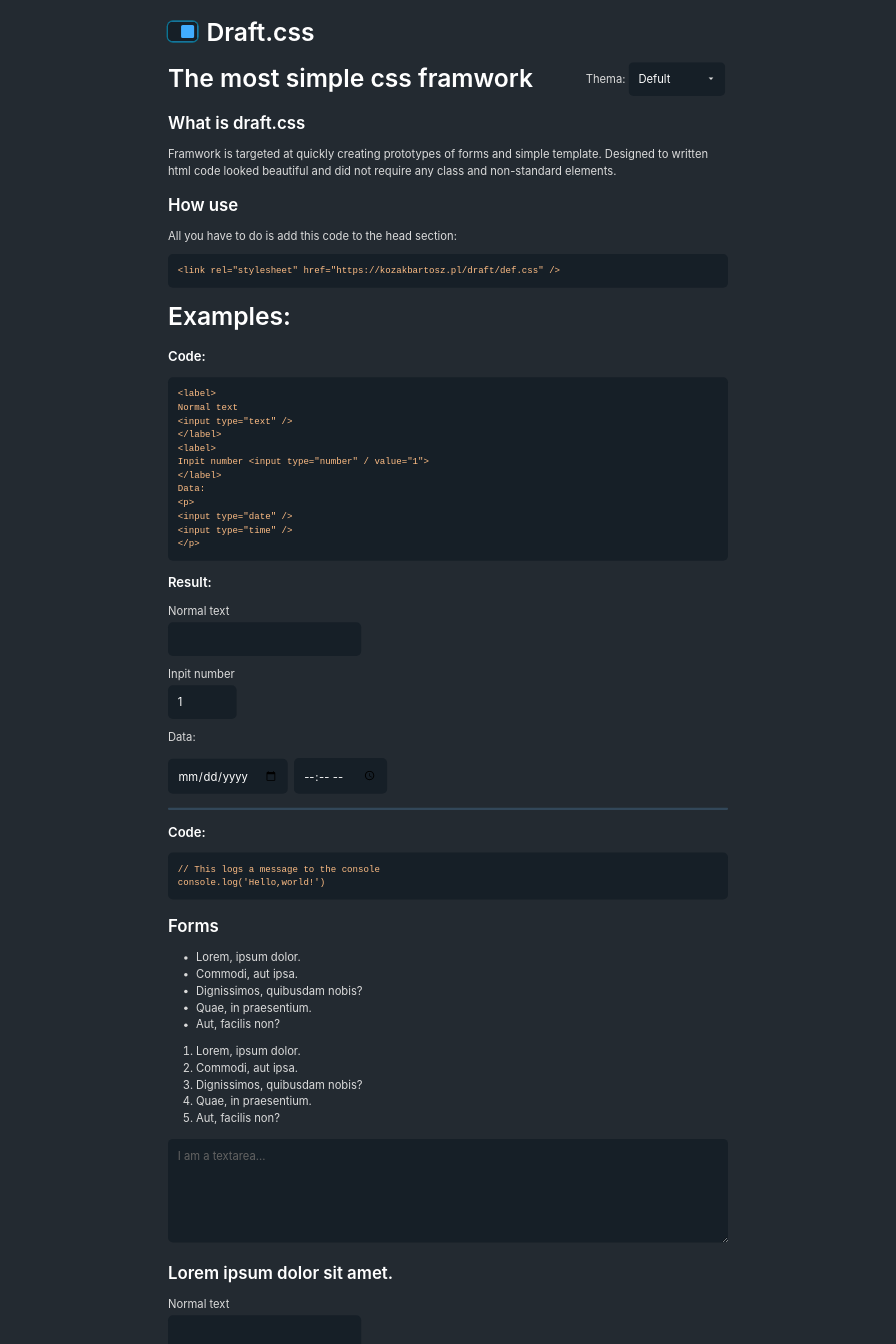
Repository: KozakBartosz/Draft
Page: index.html
These files come from the project's save history. The page is drawn as it stood at one moment and after the next save; the edit follows.
The browser window is 1280 px wide. The pictures show the part of the page from y = 0 to 1920 px (the page is 4473 px tall), at 70% of full size.

Above is the page before, as saved 2019-04-12 08:38:41.

### index.html
<!DOCTYPE html>
<html lang="en">
	<head>
		<meta charset="UTF-8" />
		<meta name="viewport" content="width=device-width, initial-scale=1.0" />
		<meta http-equiv="X-UA-Compatible" content="ie=edge" />
		<title>Draft.css</title>
		<link rel="stylesheet" href="draft.css" />
	</head>
	<body>
		<h1><input type="checkbox" checked="checked" /> Draft.css</h1>
		<div style="float: right">
			Thema:
			<select name="" id="changethema">
				<option value="0">Defult</option>
				<option value="1">Defult mini</option>
				<option value="2">Light</option>
				<option value="3">Blood</option>
				<option value="4">Matrix</option>
			</select>
		</div>
		<h1>The most simple css framwork</h1>
		<h2>What is draft.css</h2>
		<p>
			Framwork is targeted at quickly creating prototypes of forms and
			simple template. Designed to written html code looked beautiful and
			did not require any class and non-standard elements.
		</p>
		<h2>How use</h2>
		<p>All you have to do is add this code to the head section:</p>

		<pre><code>&lt;link rel="stylesheet" href="https://kozakbartosz.pl/draft/def.css" /&gt;</code></pre>

		<h1>Examples:</h1>

		<h3>Code:</h3>

		<pre><code>&lt;label&gt;<br />Normal text<br />&lt;input type="text" /&gt;<br />&lt;/label&gt;<br />&lt;label&gt;<br />Inpit number &lt;input type="number" / value="1"&gt;<br />&lt;/label&gt;<br />Data:<br />&lt;p&gt;<br />&lt;input type="date" /&gt;<br />&lt;input type="time" /&gt;<br />&lt;/p&gt;</code></pre>
		<h3>Result:</h3>
		<label>
			Normal text
			<input type="text" />
		</label>
		<label>
			Inpit number <input type="number" / value="1">
		</label>
		Data:
		<p>
			<input type="date" />
			<input type="time" />
		</p>

		<hr />

		<h3>Code:</h3>
		<pre><code>// This logs a message to the console<br />console.log('Hello,world!')</code></pre>

		<h2>Forms</h2>

		<ul>
			<li>Lorem, ipsum dolor.</li>
			<li>Commodi, aut ipsa.</li>
			<li>Dignissimos, quibusdam nobis?</li>
			<li>Quae, in praesentium.</li>
			<li>Aut, facilis non?</li>
		</ul>
		<ol>
			<li>Lorem, ipsum dolor.</li>
			<li>Commodi, aut ipsa.</li>
			<li>Dignissimos, quibusdam nobis?</li>
			<li>Quae, in praesentium.</li>
			<li>Aut, facilis non?</li>
		</ol>
		<textarea
			name="about"
			id="about"
			placeholder="I am a textarea..."
			rows="6"
		></textarea>
		<h2>Lorem ipsum dolor sit amet.</h2>
		<label>
			Normal text
			<input type="text" />
		</label>
		<label>
			Inpit number <input type="number" / value="1">
		</label>
		Data:
		<p>
			<input type="date" />
			<input type="time" />
		</p>
		<label>
			Nazwa:
			<select name="" id="">
				<option value="">Wybierz</option>
				<option value="">jeden</option>
				<option value="">dwa</option>
				<option value="">trzy</option>
			</select>
		</label>

		<table>
			<tr>
				<th>lorem</th>
				<th>lorem</th>
				<th>lorem</th>
			</tr>
			<tr>
				<td>lorem</td>
				<td>lorem</td>
				<td>lorem</td>
			</tr>
			<tr>
				<td>lorem</td>
				<td>lorem</td>
				<td>lorem</td>
			</tr>
		</table>

		<h3>Checkbox</h3>
		<label> <input type="checkbox" /> Ale ma kota </label>

		<label> <input type="checkbox" /> Ale ma kota2 </label>

		<label> <input type="checkbox" /> Ale ma kota3 </label>

		<h3>Radio</h3>
		<label> <input type="radio" name="radio" /> Ale ma kota </label>
		<label> <input type="radio" name="radio" /> Ale ma kota2 </label>
		<label> <input type="radio" name="radio" /> Ale ma kota3 </label>

		<hr />

		<h2>Search</h2>

		<fieldset class="search">
			<legend>Szukaj</legend>
			<form action="produkty,szukaj" method="get">
				<input
					type="text"
					name="q"
					placeholder="Wpisz czego szukasz..."
				/>
				<button>Szukaj</button>
			</form>
		</fieldset>

		<h2>Change button color by html</h2>

		<h2>Code</h2>
		<pre><code>&lt;button&gt;Exit&lt;/button&gt;<br>&lt;button style="--button: #7e1616; --buttonhover: #b40d0d;"&gt;
	Ok<br>&lt;/button&gt;</code></pre>

		<h3>result</h3>
		<button>Exit</button>
		<button style="--button: #7e1616; --buttonhover: #b40d0d;">
			Ok
		</button>

		<h2>Details</h2>

		<details>
			<summary>Szczypta detali</summary>
			<p>Informacje szczegółowe na dany temat.</p>
		</details>

		<details open>
			<summary>Jeszcze wiecej szczegółów</summary>
			<p>Tu jest jeszcze wiecej informacji szczegółowych</p>
		</details>

		<h2>Real Form</h2>

		<form>
			<label for="email">Email</label>
			<input
				type="email"
				name="email"
				id="email"
				placeholder="john.doe@gmail.com"
			/>

			<label for="id">User id (read only)</label>
			<input readonly="" name="id" id="id" value="04D6H89Z" />

			<label for="disabled">Random disabled input</label>
			<input
				disabled=""
				name="disabled"
				id="disabled"
				placeholder="Because why not?"
			/>

			<label for="about">About me</label>

			<input type="checkbox" name="remember" id="remember" checked="" />
			<label for="remember">Remember me</label>

			<input type="submit" />
		</form>

		<p>
			<strong>Lorem ipsum</strong> dolor sit,
			<a href="">amet consectetur adipisicing</a> elit.
			<i>Hic nobis</i> atque eligendi voluptatum doloribus rem praesentium
			veniam quo delectus explicabo, architecto ipsam ipsa unde vitae
			excepturi iusto nesciunt placeat ducimus.
		</p>
		<p>
			Lorem ipsum dolor sit amet consectetur adipisicing elit. Enim saepe
			quisquam delectus accusantium nam recusandae obcaecati ullam, non
			neque <a href="">commodi modi tempore </a>magni magnam. Tenetur
			officiis mollitia facere libero sint.
		</p>
		<h4>Lorem ipsum dolor sit amet.</h4>
		<p>
			Lorem ipsum dolor, sit amet consectetur adipisicing elit. Possimus,
			vero quibusdam. Rerum libero nihil aspernatur, ipsam vel voluptatem
			inventore quasi. Odit, sapiente? Delectus beatae laudantium sapiente
			cupiditate et libero? Corrupti.
		</p>

		<button>Send</button>
		<script>
			var themes = [
				[
					{ brand: "#41adff" },
					{ mainbg: "#232a31" },
					{ mainpaddng: "14px" },
					{ radius: "7px" },

					{ low: "#161f27" },
					{ like: "#2b3c4b" },
					{ midi: "#324759" },
					{ hight: "#0b7392" },

					{ text: "#dbdbdb" },
					{ textContrast: "#fff" },

					{ code: "#ffbe85" },

					{ button: "#2b3c4a" },
					{ buttonhover: "#334a5e" },
					{ buttontext: "#fff" },

					{ fillhover: "#1b2731" }
				],
				[
					{ brand: "#41adff" },
					{ mainbg: "#232a31" },
					{ mainpaddng: "12px" },
					{ radius: "12px" },

					{ low: "#161f27" },
					{ like: "#2b3c4b" },
					{ midi: "#324759" },
					{ hight: "#0b7392" },

					{ text: "#dbdbdb" },
					{ textContrast: "#fff" },

					{ code: "#ffbe85" },

					{ button: "#2b3c4a" },
					{ buttonhover: "#334a5e" },
					{ buttontext: "#fff" },

					{ fillhover: "#1b2731" }
				],
				[
					{ brand: "#41adff" },
					{ mainbg: "#ffffff" },
					{ mainpaddng: "14px" },
					{ radius: "7px" },

					{ low: "#e8f1fa" },
					{ like: "#cfe2f7" },
					{ midi: "#b2cee7" },
					{ hight: "#1db5e4" },

					{ text: "#3f4646" },
					{ textContrast: "#1a1f1f" },

					{ code: "#20595f" },

					{ button: "#3dcca1" },
					{ buttonhover: "#34e0ad" },
					{ buttontext: "#fff" },

					{ fillhover: "#e8f5ff" }
				],
				[
					{ mainpaddng: "18px" },
					{ radius: "3px" },
					{ brand: "#c21a1a" },
					{ mainbg: "#312323" },

					{ code: "#ffbe85" },

					{ text: "#dbdbdb" },
					{ textContrast: "#fff" },

					{ button: "#4a2b2b" },
					{ buttonhover: "#5e3333" },
					{ buttontext: "#fff" },

					{ fillhover: "#311b1b" },

					{ low: "#271616" },
					{ like: "#4b2b2b" },
					{ midi: "#593232" },
					{ hight: "#800f0f" }
				],
				[
					{ mainpaddng: "11px" },
					{ radius: "13px" },
					{ brand: "#1ac260" },
					{ mainbg: "#233126" },

					{ code: "#c0ff85" },

					{ text: "#dbdbdb" },
					{ textContrast: "#fff" },

					{ button: "#324a2b" },
					{ buttonhover: "#385e33" },
					{ buttontext: "#fff" },

					{ fillhover: "#1b3122" },

					{ low: "#162717" },
					{ like: "#2b4b2e" },
					{ midi: "#32593f" },
					{ hight: "#0f803a" }
				]
			];

			let changethema = document.getElementById("changethema");
			let root = document.documentElement;
			changethema.addEventListener("change", e => {
				console.log(e);
				var theme = themes[e.target.value];
				theme.forEach(element => {
					var k = Object.keys(element)[0];
					root.style.setProperty("--" + k, element[k]);
				});
			});
		</script>
	</body>
</html>

### draft.css
/* TO DO */
/* <details> */
:root {
	--brand: #41adff;
	--mainbg: #232a31;
	--mainpaddng: 14px;
	--radius: 7px;

	--low: #161f27;
	--like: #2b3c4b;
	--midi: #324759;
	--hight: #0b7392;

	--text: #dbdbdb;
	--textContrast: #fff;

	--code: #ffbe85;

	--button: #2b3c4a;
	--buttonhover: #334a5e;
	--buttontext: #fff;

	--fillhover: #1b2731;
}
/*
:root {
	--brand: #41adff;
	--mainbg: #ffffff;
	--mainpaddng: 14px;
	--radius: 7px;

	--low: #e8f1fa;
	--like: #cfe2f7;
	--midi: #b2cee7;
	--hight: #1db5e4;

	--text: #3f4646;
	--textContrast: #1a1f1f;

	--code: #20595f;

	--button: #3dcca1;
	--buttonhover: #34e0ad;
	--buttontext: #fff;

	--fillhover: #e8f5ff;
} */

/* :root {
	--mainpaddng: 18px;
	--radius: 3px;
	--brand: #c21a1a;
	--mainbg: #312323;

	--code: #ffbe85;

	--text: #dbdbdb;
	--textContrast: #fff;

	--button: #4a2b2b;
	--buttonhover: #5e3333;
	--buttontext: #fff;

	--fillhover: #311b1b;

	--low: #271616;
	--like: #4b2b2b;
	--midi: #593232;
	--hight: #800f0f;
} */

/* :root {
	--mainpaddng: 11px;
	--radius: 13px;
	--brand: #1ac260;
	--mainbg: #233126;

	--code: #c0ff85;

	--text: #dbdbdb;
	--textContrast: #fff;

	--button: #324a2b;
	--buttonhover: #385e33;
	--buttontext: #fff;

	--fillhover: #1b3122;

	--low: #162717;
	--like: #2b4b2e;
	--midi: #32593f;
	--hight: #0f803a;
} */
body {
	font-family: -apple-system, BlinkMacSystemFont, "Segoe UI", "Roboto",
		"Oxygen", "Ubuntu", "Cantarell", "Fira Sans", "Droid Sans",
		"Helvetica Neue", sans-serif;
	line-height: 1.5;
	max-width: 800px;
	margin: 20px auto;
	padding: 0 var(--mainpaddng);
	color: var(--text);
	background: var(--mainbg);
	text-rendering: optimizeLegibility;
}

label {
	display: block;
}

button,
input,
textarea {
	vertical-align: middle;
	transition: background-color 0.2s ease, box-shadow 0.2s ease,
		transform 0.2s ease;
}
h1 {
	font-size: 2.2em;
	margin-top: 0;
}
h1,
h2,
h3,
h4,
h5,
h6 {
	margin-bottom: 12px;
}
h1,
h2,
h3,
h4,
h5,
h6,
strong {
	color: var(--textContrast);
	font-weight: 600;
}
button,
input[type="submit"],
input[type="button"],
input[type="checkbox"],
input[type="radio"] {
	cursor: pointer;
	display: inline-block;
}

input,
select,
button,
textarea {
	/* display: block; */
	color: var(--textContrast);
	background-color: var(--low);
	font-family: inherit;
	font-size: inherit;
	margin: 4px 4px 6px 0;
	padding: var(--mainpaddng);
	border: none;
	border-radius: var(--radius);
	outline: none;
	-webkit-appearance: none;
}
input[type="number"] {
	max-width: calc(var(--mainpaddng) * 5);
}

button:hover,
input:hover,
select:hover,
textarea:hover,
textarea:hover {
	background-color: var(--fillhover);
}

label > input,
label > select {
	display: block;
}

textarea {
	margin-right: 0;
	width: 100%;
	box-sizing: border-box;
	resize: vertical;
}
button,
input[type="submit"],
input[type="button"] {
	color: var(--buttontext);
	background-color: var(--button);
	padding: var(--mainpaddng) calc(var(--mainpaddng) * 2);
}

select {
	padding-right: calc(var(--mainpaddng) * 3);
	background: var(--low)
		url("data:[embedded picture, 198 characters]")
		100% 50%/27px 7px no-repeat;
}

input:focus,
select:focus,
button:focus,
textarea:focus {
	background-color: var(--fillhover);
	box-shadow: 0 0 0 2px var(--hight);
}

button:focus,
input[type="submit"]:focus,
input[type="button"]:focus {
	background-color: var(--buttonhover);
}

button:hover,
input[type="submit"]:hover,
input[type="button"]:hover {
	background-color: var(--buttonhover);
	box-shadow: 0 5px 20px -5px rgba(0, 0, 0, 0.35), 0 3px 0 0 var(--button);
	transform: translateY(-3px);
}
button:active {
	transform: translateY(0px);
	box-shadow: 0 5px 20px -5px rgba(0, 0, 0, 0.35);
}

input:disabled {
	cursor: not-allowed;
	opacity: 0.5;
}

input[type="radio"],
input[type="checkbox"] {
	margin-top: -2px;
	transition: background-color 0.25s ease,
		box-shadow 0.25s cubic-bezier(0.53, 1.59, 0.51, 1);
}
input[type="checkbox"] {
	background-color: var(--like);
	width: calc(var(--mainpaddng) * 3);
	box-shadow: calc(var(--mainpaddng) * -1) 0 0 calc(var(--mainpaddng) / 3)
			var(--low) inset,
		0 0 0 calc(var(--mainpaddng) / 3) var(--low) inset;
}
input[type="checkbox"]:hover,
input[type="radio"]:hover {
	background-color: var(--midi);
}
input[type="checkbox"]:focus {
	box-shadow: calc(var(--mainpaddng) * -1) 0 0 calc(var(--mainpaddng) / 3)
			var(--low) inset,
		0 0 0 calc(var(--mainpaddng) / 3) var(--low) inset,
		0 0 0 2px var(--hight);
}

input[type="radio"] {
	border-radius: 100%;
	box-shadow: 0 0 0 calc(var(--mainpaddng) / 2) var(--low) inset;
}
input[type="checkbox"]:checked,
input[type="radio"]:checked {
	box-shadow: 0 0 0 calc(var(--mainpaddng) / 3) var(--low) inset,
		0 0 0 2px var(--hight), 0 0 0 1px var(--low);
	background-color: var(--brand);
}

input[type="checkbox"]:checked {
	box-shadow: var(--mainpaddng) 0 0 calc(var(--mainpaddng) / 3) var(--low)
			inset,
		0 0 0 calc(var(--mainpaddng) / 3) var(--low) inset,
		0 0 0 2px var(--hight);
}

::placeholder {
	color: #636363;
}
a {
	text-decoration: none;
	color: var(--hight);
}
a:hover {
	text-decoration: underline;
	color: var(--brand);
}
ul,
ol,
label,
code,
p {
	margin: var(--mainpaddng) 0;
}

code,
kbd {
	background: var(--low);
	color: var(--code);
	padding: var(--mainpaddng);
	border-radius: var(--radius);
}
/* pre {
	margin: 0 calc(var(--mainpaddng) * -1);
} */
pre > code {
	display: block;
	overflow-x: auto;
}
img {
	max-width: 100%;
}
hr {
	margin: var(--mainpaddng) 0;
	border: none;
	height: 3px;
	border-radius: calc(var(--radius) / 6);
	background: var(--midi);
}
fieldset {
	border: 3px solid var(--midi);
	border-radius: var(--radius);
}
fieldset > legend {
	font-weight: 600;
	color: var(--textContrast);
	padding: calc(var(--mainpaddng) / 2) calc(var(--mainpaddng));
}

details {
	border: 3px solid var(--midi);
	border-radius: var(--radius);
	background: var(--like);
}

table {
	/* border-collapse: collapse; */
	margin: var(--mainpaddng) -2px;
	border-radius: calc(var(--radius) + 4px);
	width: calc(100% + 4px);
	overflow: hidden;
	border-spacing: 2px;
}
td,
th {
	padding: var(--mainpaddng);
	background: var(--low);
}
th {
	border-bottom: 3px solid var(--midi);
	color: var(--textContrast);
}
tr:hover td,
tr:hover th {
	background-color: var(--fillhover);
}

After the next save:
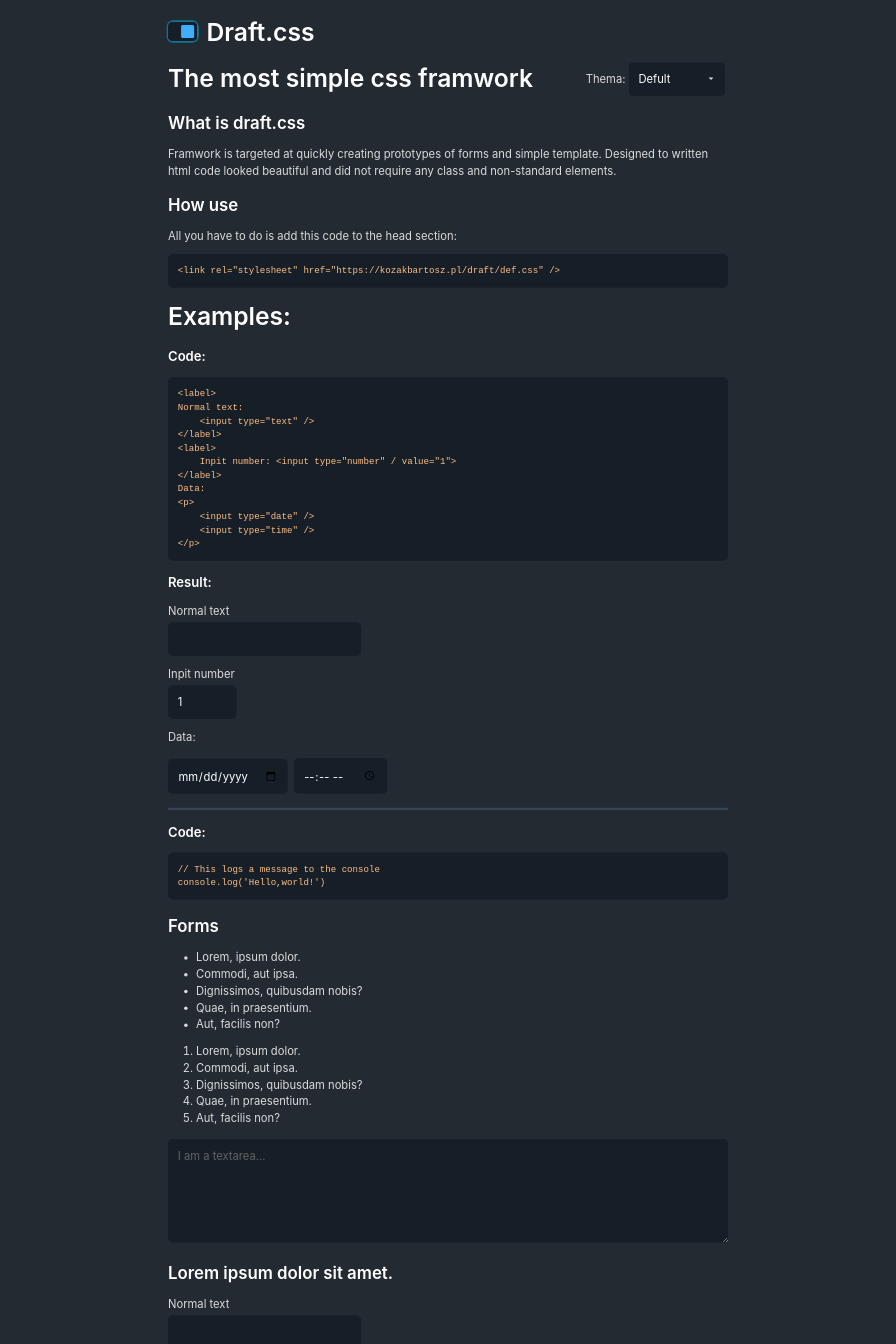
Saved 52 s later.
--- a/index.html
+++ b/index.html
@@ -35,7 +35,7 @@
 
 		<h3>Code:</h3>
 
-		<pre><code>&lt;label&gt;<br />Normal text<br />&lt;input type="text" /&gt;<br />&lt;/label&gt;<br />&lt;label&gt;<br />Inpit number &lt;input type="number" / value="1"&gt;<br />&lt;/label&gt;<br />Data:<br />&lt;p&gt;<br />&lt;input type="date" /&gt;<br />&lt;input type="time" /&gt;<br />&lt;/p&gt;</code></pre>
+		<pre><code>&lt;label&gt;<br />Normal text:<br />&nbsp; &nbsp; &lt;input type="text" /&gt;<br />&lt;/label&gt;<br />&lt;label&gt;<br />&nbsp; &nbsp; Inpit number: &lt;input type="number" / value="1"&gt;<br />&lt;/label&gt;<br />Data:<br />&lt;p&gt;<br />&nbsp; &nbsp; &lt;input type="date" /&gt;<br />&nbsp; &nbsp; &lt;input type="time" /&gt;<br />&lt;/p&gt;</code></pre>
 		<h3>Result:</h3>
 		<label>
 			Normal text
